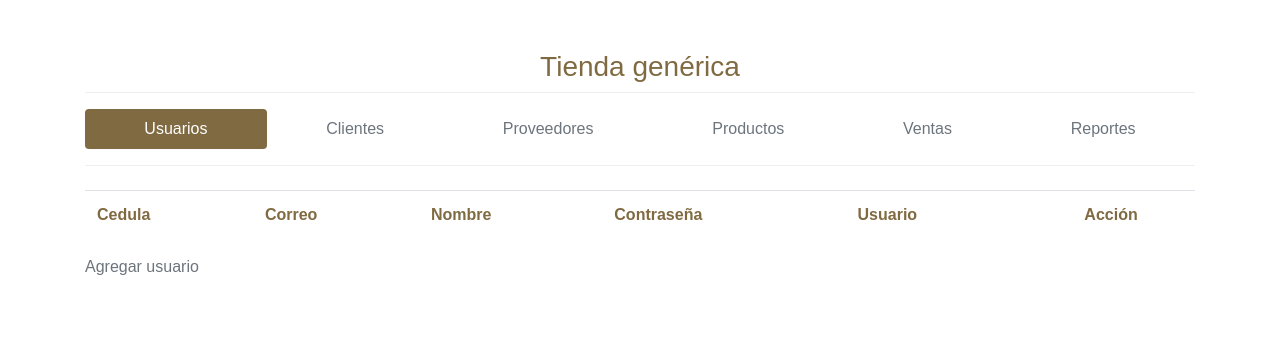
Repository: andresrojas686/tiendaGenericaMintic
Page: http://localhost/primerJSP/usuarios.jsp
An editor plug-in stored every save of this project. The page is shown before and after the next save, followed by the edit.
The browser window is 1280 px wide. The pictures show the whole page.
The page is served by Tomcat 9. Queries for data that is not in the repository find no rows.

Above is the page before, as saved 2021-09-15 20:50:29.

After the next save:
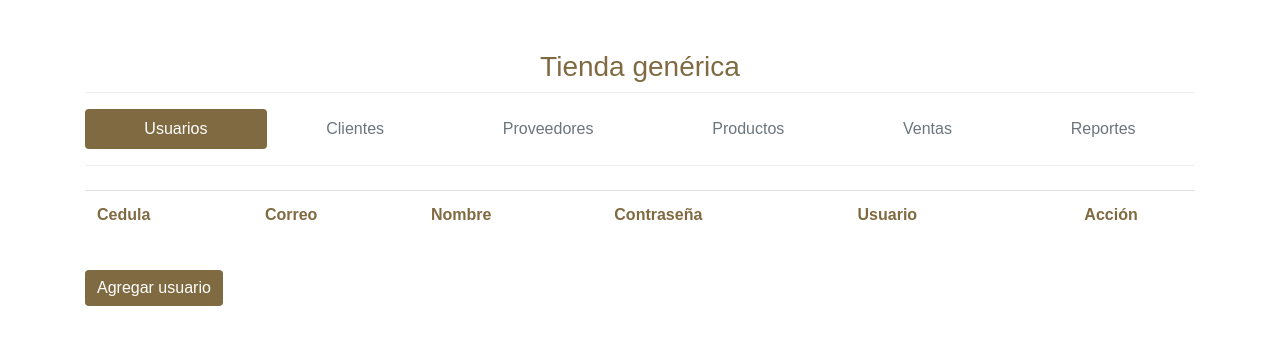
Saved 34 s later.
--- a/primerJSP/src/main/webapp/usuarios.jsp
+++ b/primerJSP/src/main/webapp/usuarios.jsp
@@ -79,7 +79,7 @@
 							}
 						%>
 					</table>
-					<a href="agregarUsuario.html">Agregar usuario</a>
+					<a href="agregarUsuario.html" class="btn btn-info agregar-usuario">Agregar usuario</a>
 				</div>
 			</section>
 		</div>
